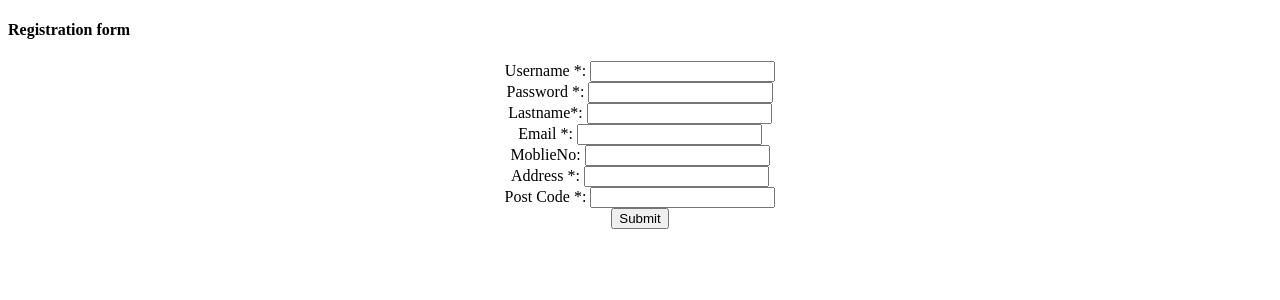
Repository: Ashwini-Tikotekar/servlets
Page: LoginRegistrationApp/WebContent/registration.html
The author's editor kept a copy of each file at every save. The page is drawn from the files as they stood at one save, then again after the next save.
The browser window is 1280 px wide. The pictures show the whole page.

Above is the page before, as saved 2019-01-22 13:02:11.

### LoginRegistrationApp/WebContent/registration.html
<!DOCTYPE html>
<html>
<head>
<meta charset="UTF-8">
<title>Registration</title>
</head>
<body>
<h4> Registration form</h4>
<form action="registration" method ="post">
		<div align="center">
			Username *: <input type="username" name="username" required><br />
			Password *: <input type="password" name="pwd" /><br />
			Lastname*: <input type="lastname" name="lname" /><br />
			Email *: <input type="email" name="email" /><br />
			MoblieNo: <input type="mobileno" name="mob" /><br />
			Address *: <input type="address" name="add" /><br />
			Post Code *: <input type="postcode" name="ptc" /><br />
		<input type="submit" value="Submit" />
		</div>
	</form>
</body>
</html>

After the next save:
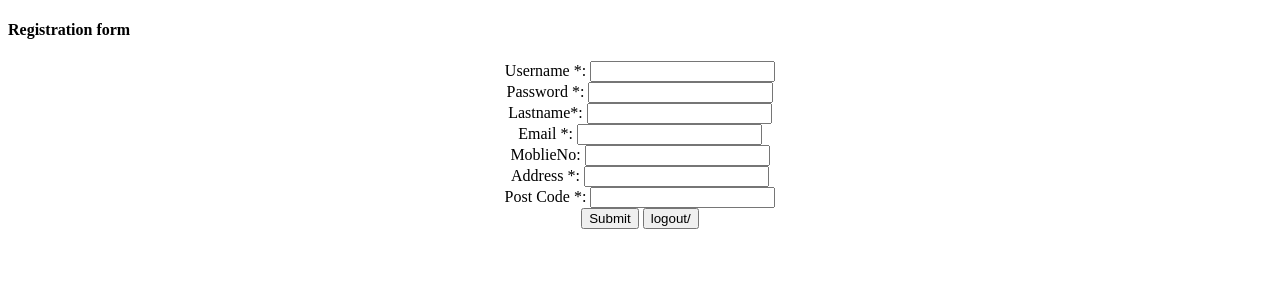
Saved 16 h 43 min later.
--- a/LoginRegistrationApp/WebContent/registration.html
+++ b/LoginRegistrationApp/WebContent/registration.html
@@ -15,7 +15,9 @@
 			MoblieNo: <input type="mobileno" name="mob" /><br />
 			Address *: <input type="address" name="add" /><br />
 			Post Code *: <input type="postcode" name="ptc" /><br />
+
 		<input type="submit" value="Submit" />
+		<input type="button" value="logout/">
 		</div>
 	</form>
 </body>
